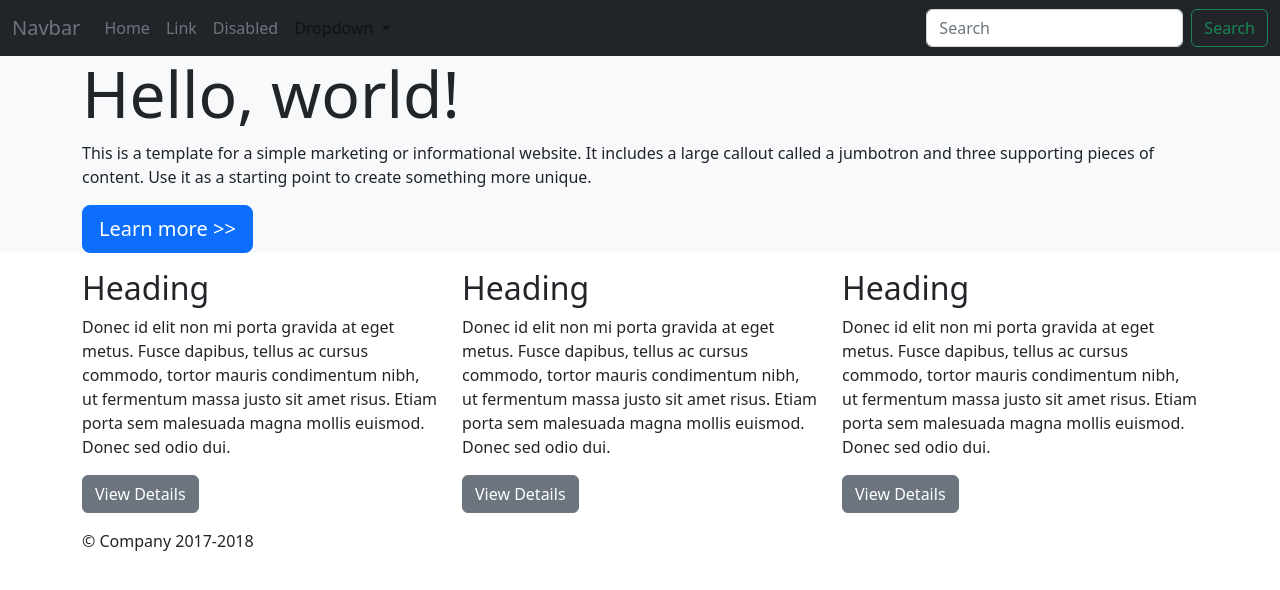
Repository: trongtamdev/lession1_html_sleepcloud
Page: jumbotron.html
These files come from the project's save history. The page is drawn as it stood at one moment and after a run of saves; the edit follows.
The browser window is 1280 px wide. The pictures show the whole page.

Above is the page before, as saved 2022-09-12 09:08:45.

After the next 2 saves:
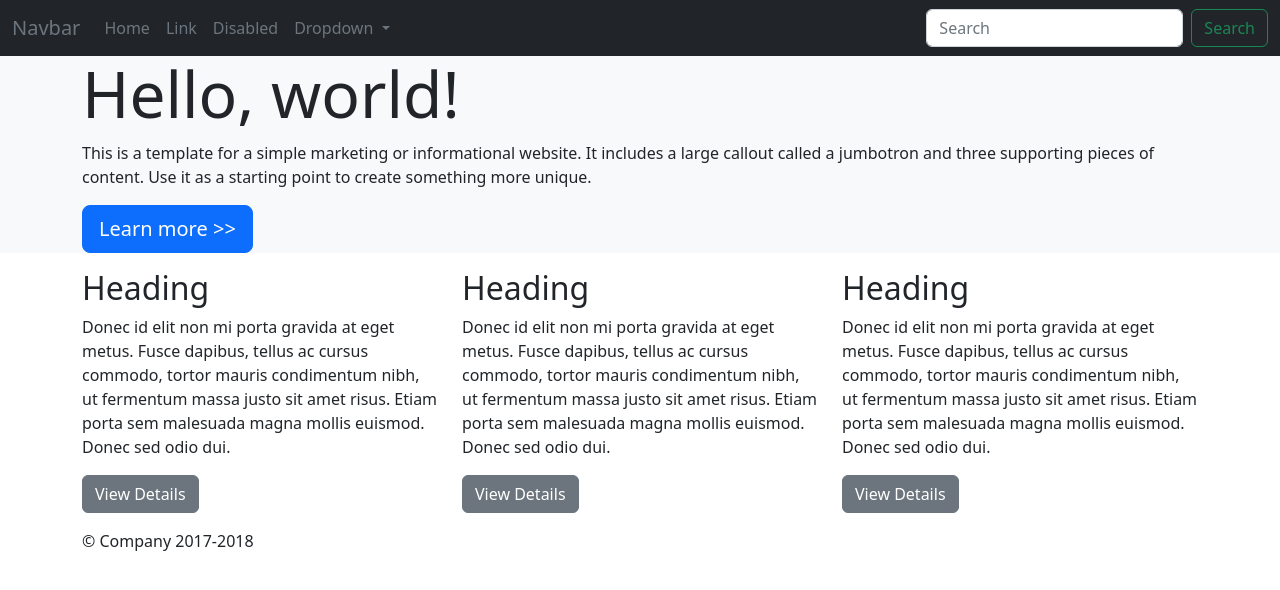
The 2 saves are shown as one change because they came seconds apart.
The last was saved 6 s later.
--- a/jumbotron.html
+++ b/jumbotron.html
@@ -38,9 +38,8 @@
             </li>
             <li class="nav-item dropdown">
               <a
-                class="nav-link dropdown-toggle"
+                class="nav-link dropdown-toggle text-muted"
                 href="#"
-                text-muted
                 role="button"
                 data-bs-toggle="dropdown"
                 aria-expanded="false"
